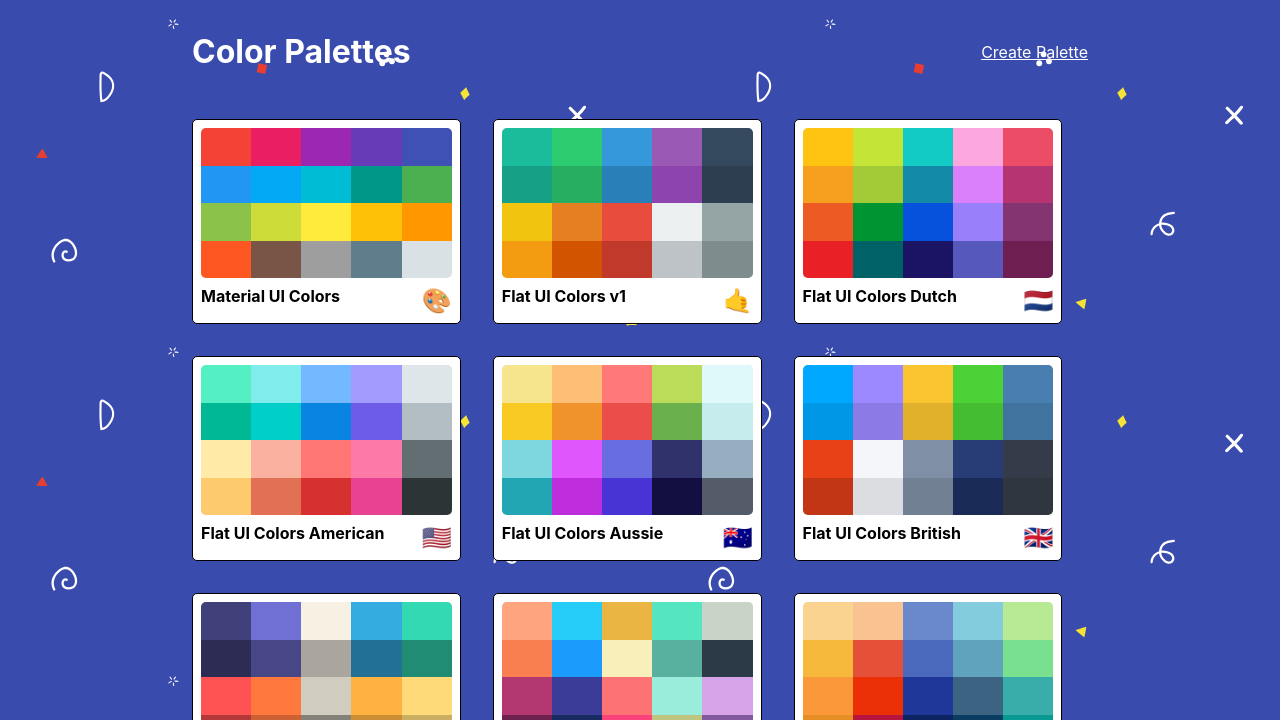
Repository: zhapar/colors-app
Page: /
An editor plug-in stored every save of this project. The page is shown before and after a run of saves, followed by the edit.
The browser window is 1280 px wide. The pictures show the whole page.
An inner scrolling area shows only its first screen. The project was rebuilt for these pictures with package versions that can differ from the ones it lists, and the page was loaded fresh each time. Also part of the build but not shown: src/styles/ColorBoxStyles.js, src/ColorBox.js, src/styles/PaletteFooterStyles.js, src/PaletteFooter.js, src/styles/PaletteStyles.js, src/Palette.js, src/SingleColorPalette.js. Imported but missing from the stored project, and not drawn on this page: src/Navbar, src/NewPaletteForm.

Above is the page before, as saved 2020-09-24 13:01:51.

After the next 7 saves:
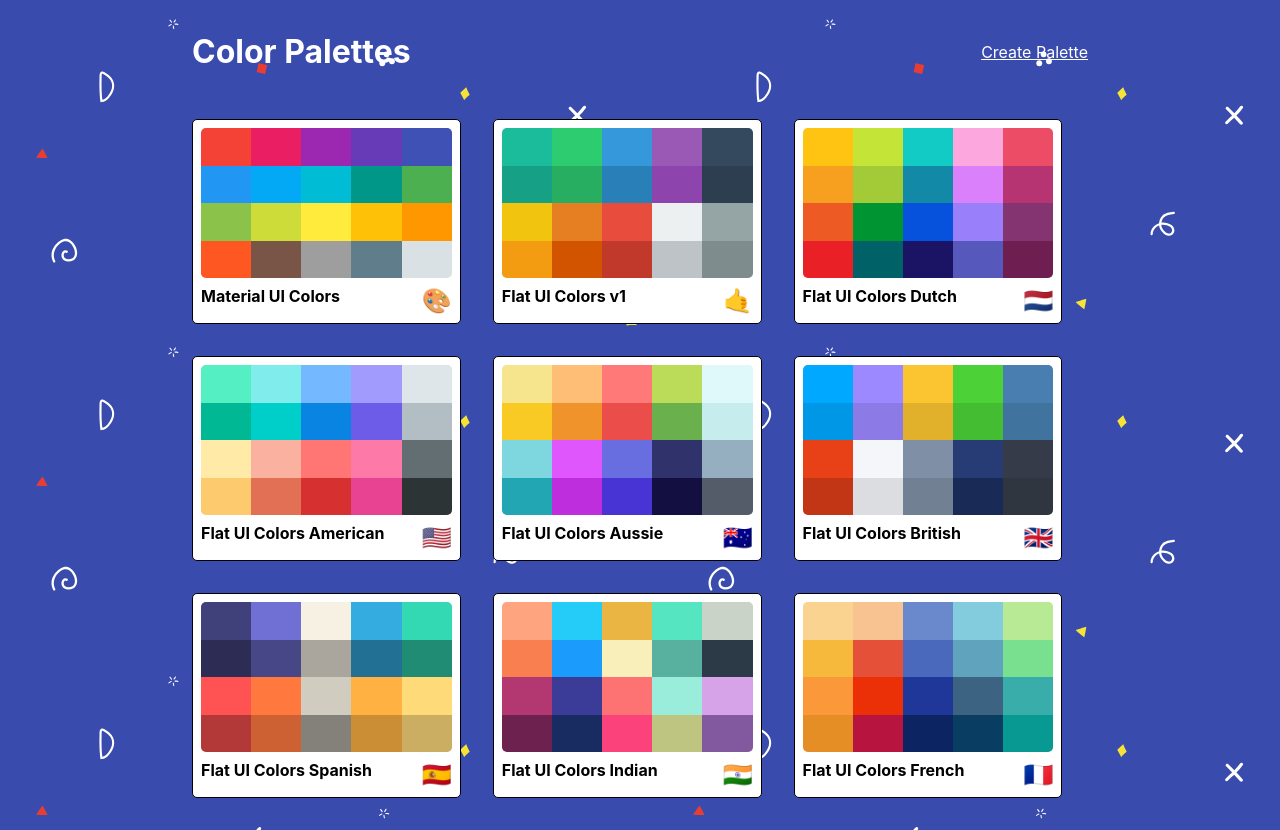
The 7 saves are shown as one change because 5 did not build or start and some came seconds apart.
The last was saved 5 min 45 s later.
--- a/src/Page.js
+++ b/src/Page.js
@@ -1,8 +1,9 @@
 import React from "react";
-import "./styles/Page.css";
+import { withStyles } from "@material-ui/core/styles";
+import styles from "./styles/PageStyles.js";
 
 function Page({ children }) {
   return <section className="page">{children}</section>;
 }
 
-export default Page;
+export default withStyles(styles)(Page);
--- a/src/styles/PageStyles.js
+++ b/src/styles/PageStyles.js
@@ -1,19 +1,22 @@
-.page {
-  height: 100vh;
-  width: 100%;
-  position: fixed;
-  top: 0;
-  transition: opacity 0.5s ease-in-out !important;
-}
+export default {
+  page: {
+    height: "100vh",
+    width: "100%",
+    position: "fixed",
+    top: "0",
+    transition: "opacity 0.5s ease-in-out !important",
+  },
+  "@global": {
+    ".fade-enter": {
+      opacity: "0 !important",
+    },
 
-.fade-enter {
-  opacity: 0 !important;
-}
+    ".fade-enter-active": {
+      opacity: "1 !important",
+    },
 
-.fade-enter-active {
-  opacity: 1 !important;
-}
-
-.fade-exit-active {
-  opacity: 0 !important;
-}
+    ".fade-exit-active": {
+      opacity: "0 !important",
+    },
+  },
+};
